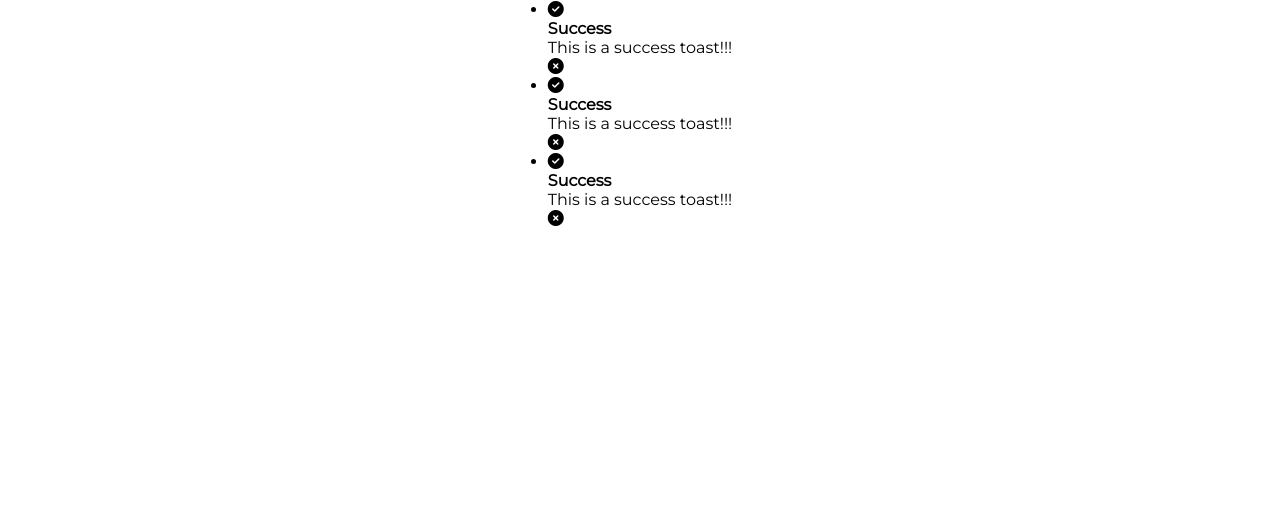
Repository: thuynguyen0964/Toast-Cooler
Page: index.html
These files come from the project's save history. The page is drawn as it stood at one moment and after the next save; the edit follows.
The browser window is 1280 px wide. The pictures show the whole page.

Above is the page before, as saved 2023-01-26 20:18:05.

### index.html
<!DOCTYPE html>
<html lang="en">
<head>
    <meta charset="UTF-8">
    <meta http-equiv="X-UA-Compatible" content="IE=edge">
    <meta name="viewport" content="width=device-width, initial-scale=1.0">
    <title>Toast Mess Cooler</title>
    <link href="https://fonts.googleapis.com/css2?family=Montserrat:wght@300;400&display=swap" rel="stylesheet">
    <link rel="stylesheet" href="https://cdnjs.cloudflare.com/ajax/libs/font-awesome/6.2.1/css/all.min.css">
    <link rel="stylesheet" href="./app/style.css">
</head>
<body>
    <ul class="container">
        <li class="toast success">
            <div class="icon">
                <i class="fa-solid fa-circle-check"></i>
            </div>
            <h4 class="toast__title">
                Success
            </h4>
            <p class="toast__desc">
                This is a success toast!!!
            </p>
            <div class="icon__close">
                <i class="fa-solid fa-circle-xmark"></i>
            </div>
        </li>
        <li class="toast error">
            <div class="icon">
                <i class="fa-solid fa-circle-check"></i>
            </div>
            <h4 class="toast__title">
                Success
            </h4>
            <p class="toast__desc">
                This is a success toast!!!
            </p>
            <div class="icon__close">
                <i class="fa-solid fa-circle-xmark"></i>
            </div>
        </li>
        <li class="toast infor">
            <div class="icon">
                <i class="fa-solid fa-circle-check"></i>
            </div>
            <h4 class="toast__title">
                Success
            </h4>
            <p class="toast__desc">
                This is a success toast!!!
            </p>
            <div class="icon__close">
                <i class="fa-solid fa-circle-xmark"></i>
            </div>
        </li>
    </ul>
</body>
</html>

### app/style.css
*{
    margin: 0;
    padding: 0;
    box-sizing: border-box;
}
body{
    font-family: "Montserrat", sans-serif;
    display: flex;
    align-items: center;
    justify-content: center;
    min
}

After the next save:
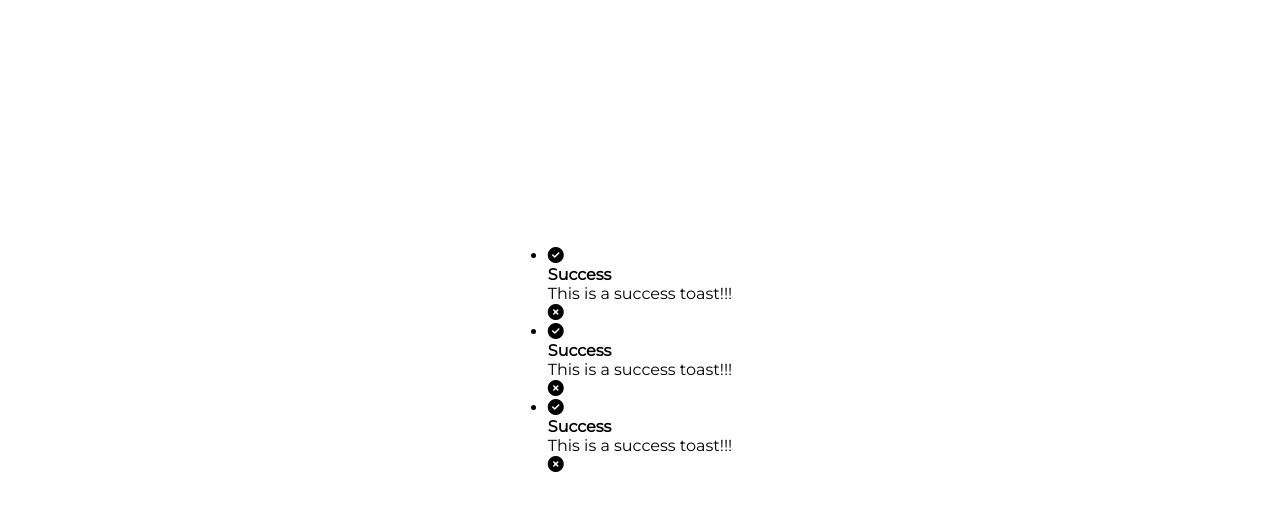
Saved 4 s later.
--- a/app/style.css
+++ b/app/style.css
@@ -8,5 +8,5 @@ body{
     display: flex;
     align-items: center;
     justify-content: center;
-    min
+    min-height: 100vh;
 }
